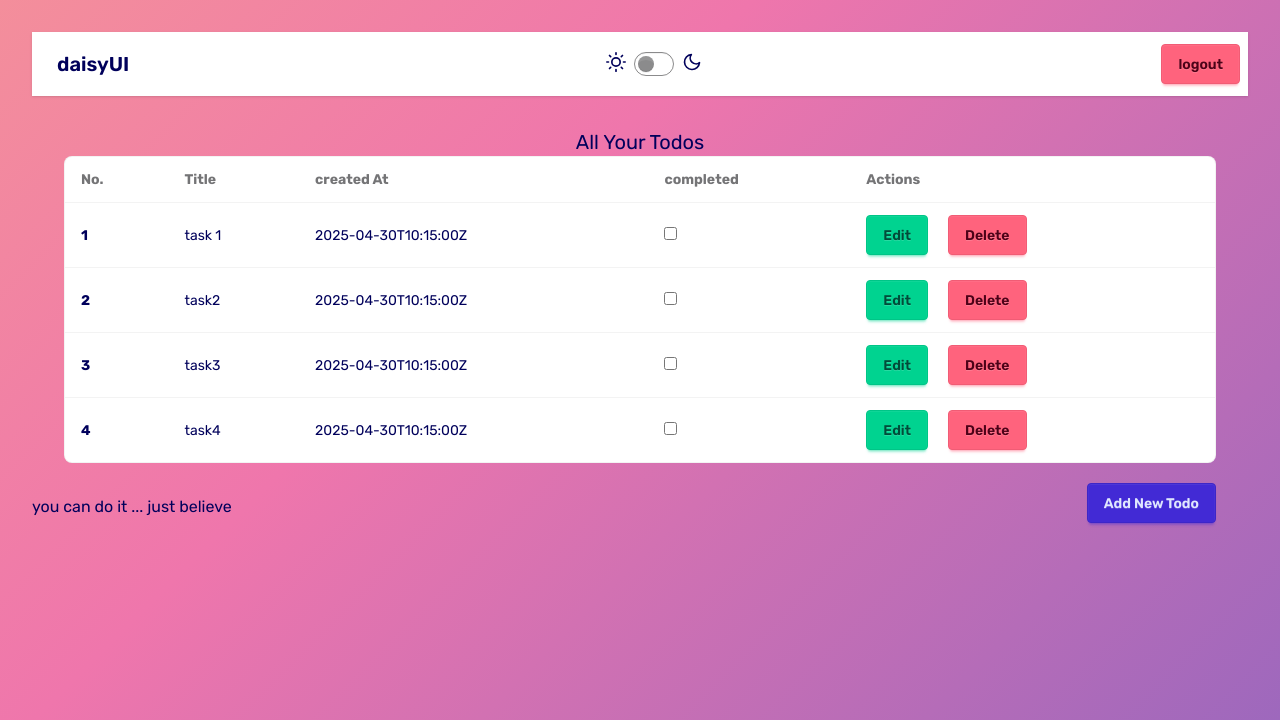
Repository: mariamnabil23/ToDo_App
Page: /
An editor plug-in stored every save of this project. The page is shown before and after a run of saves, followed by the edit.
The browser window is 1280 px wide. The pictures show the whole page.
The page's requests for data from a server got no answer. Some web fonts or font styles are not loaded; a fallback is used. The project was rebuilt for these pictures with package versions that can differ from the ones it lists, and the page was loaded fresh each time. No one was signed in, and anything a server would have sent is missing. Requests to the local data server were answered from the project's data file. Also part of the build but not shown: vite.config.js, src/pages/Profile.jsx, src/pages/NotFound.jsx.

Above is the page before, as saved 2025-05-02 00:48:12.

After the next 2 saves:
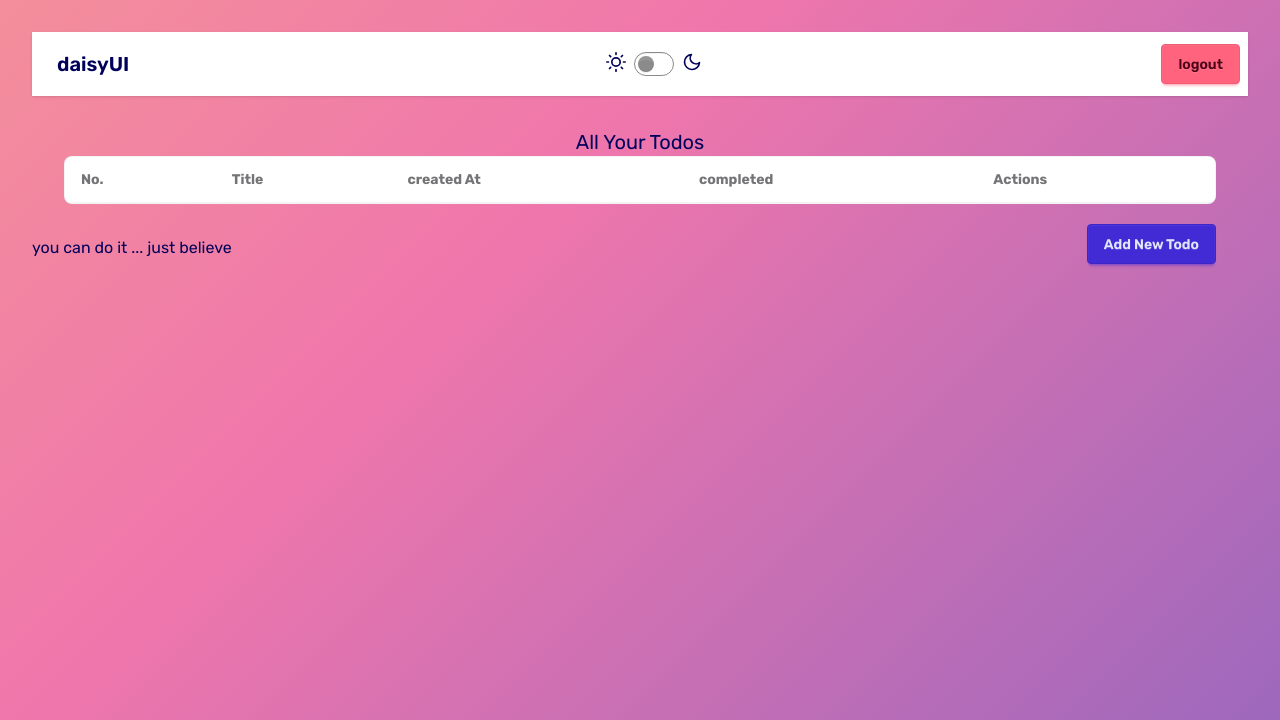
The 2 saves are shown as one change because they came seconds apart.
The last was saved 8 s later.
--- a/src/context/TodoContext.jsx
+++ b/src/context/TodoContext.jsx
@@ -9,10 +9,10 @@
 
     const [todos, setTodos] = useState([]);
 
-    const urlAPI =
+    const urlAPI = "http://localhost:3000/todos";
     // fetch todos data
     useEffect(()=>{
-        axios.get("http://localhost:3000/todos")
+        axios.get()
         .then((res)=>{
             console.log(res.data);
             setTodos(res.data);

After the save that followed:
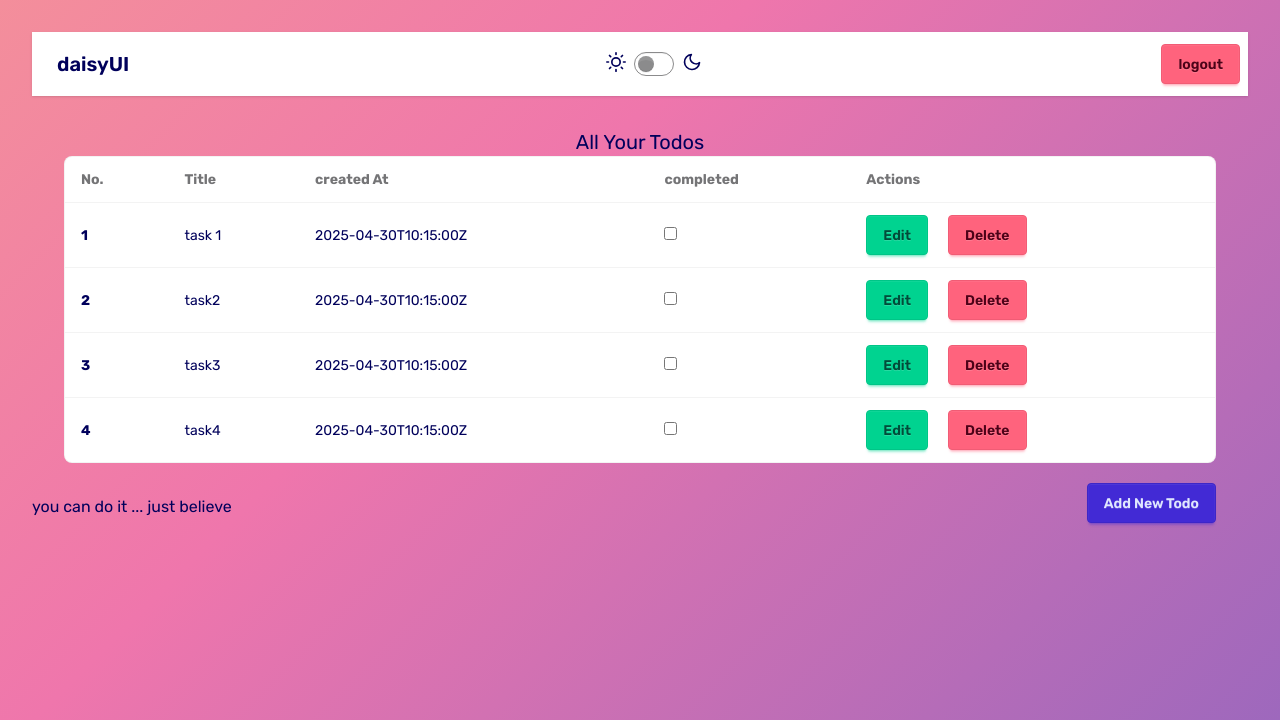
Saved 11 s later.
--- a/src/context/TodoContext.jsx
+++ b/src/context/TodoContext.jsx
@@ -12,7 +12,7 @@
     const urlAPI = "http://localhost:3000/todos";
     // fetch todos data
     useEffect(()=>{
-        axios.get()
+        axios.get(urlAPI)
         .then((res)=>{
             console.log(res.data);
             setTodos(res.data);
